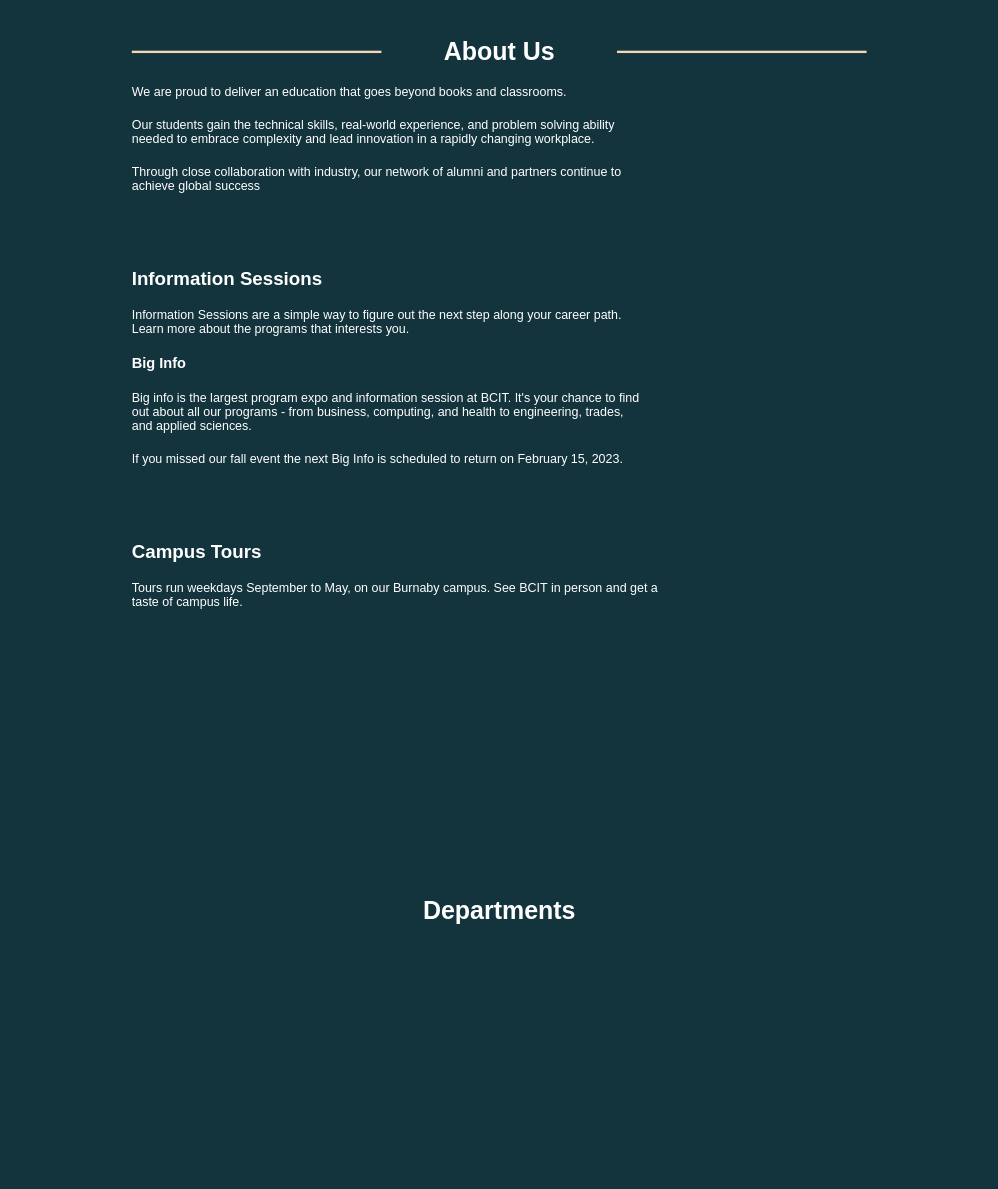
Repository: jennydmcm/assignment-1-playwright-site-A01338943
Page: /about
The author's editor kept a copy of each file at every save. The page is drawn from the files as they stood at one save, then again after the next save.
The browser window is 1280 px wide. The pictures show the whole page, at 78% of full size.
The project was rebuilt for these pictures with package versions that can differ from the ones it lists, and the page was loaded fresh each time. The framework's server and built-in components were replaced by stand-ins that run in the browser. Also part of the build but not shown: next.config.js.

Above is the page before, as saved 2023-02-08 13:35:17.

After the next save:
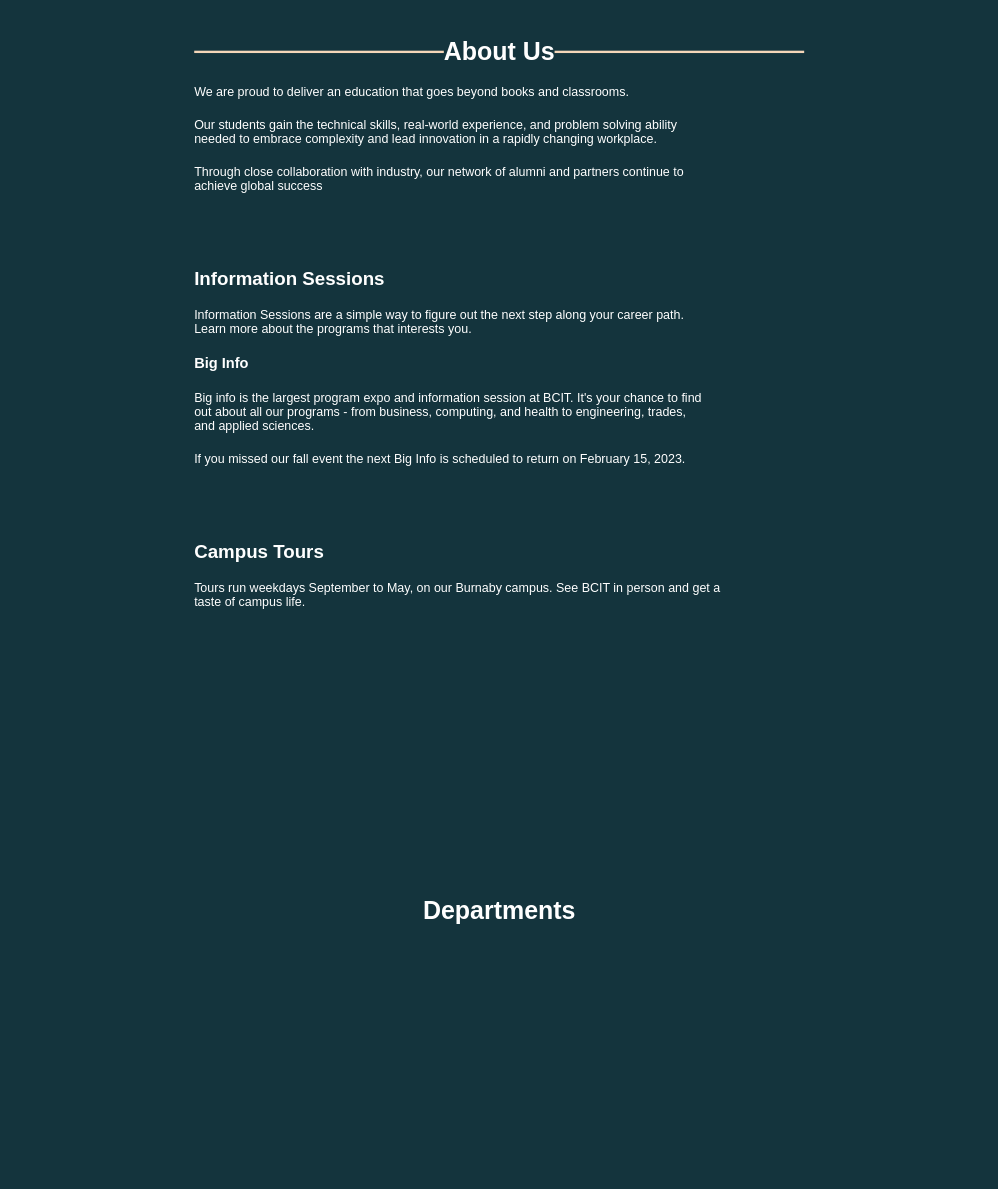
Saved 47 s later.
--- a/styles/About.module.css
+++ b/styles/About.module.css
@@ -50,8 +50,7 @@
     display: flex;
     flex-direction: column;
     align-items: center;
-    padding-left: 5rem;
-    padding-right: 5rem;
+
 }
 
 .mainText{

After the save that followed:
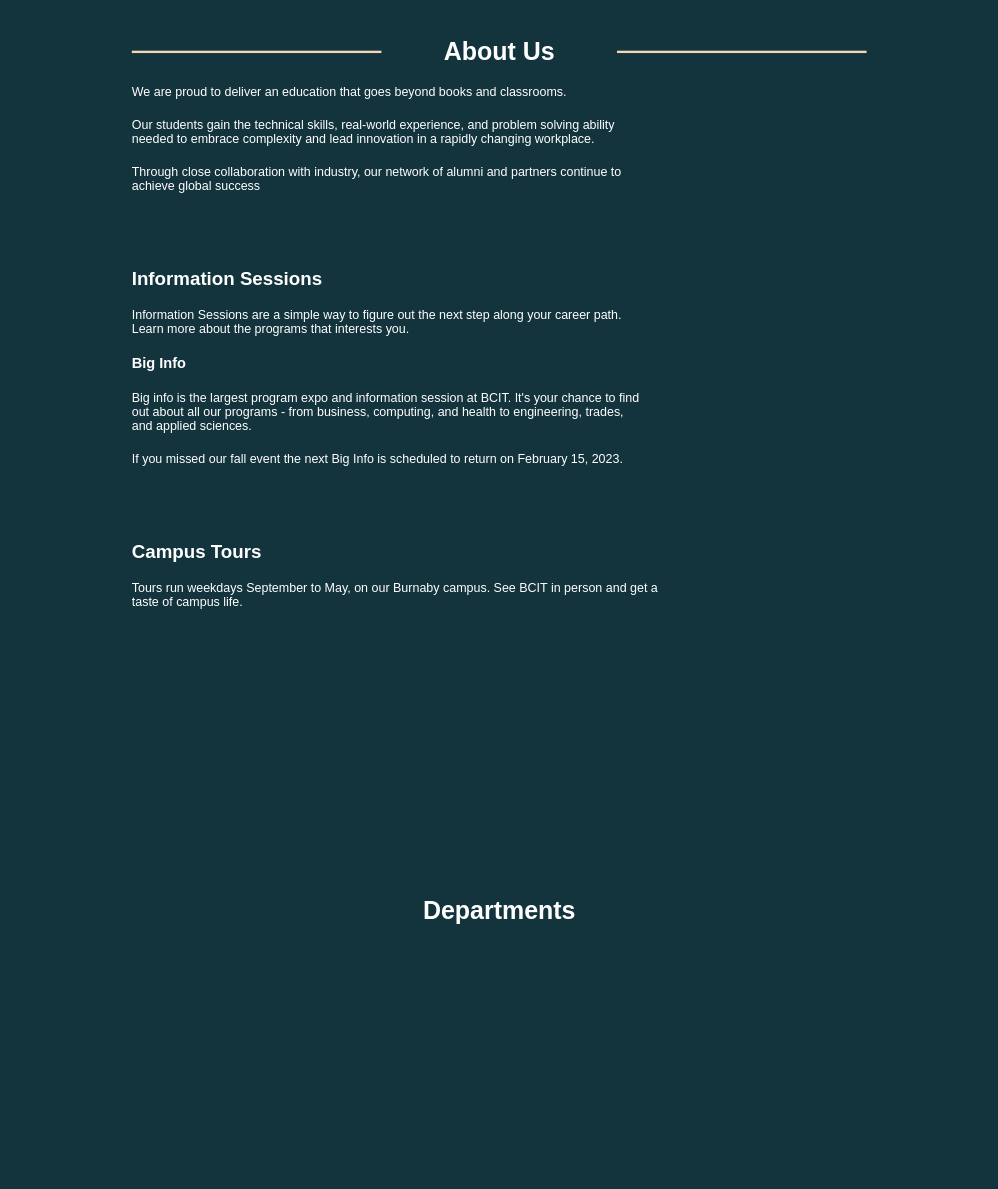
Saved 4 s later.
--- a/styles/About.module.css
+++ b/styles/About.module.css
@@ -50,7 +50,8 @@
     display: flex;
     flex-direction: column;
     align-items: center;
-
+    padding-left: 5rem;
+    padding-right: 5rem;
 }
 
 .mainText{
